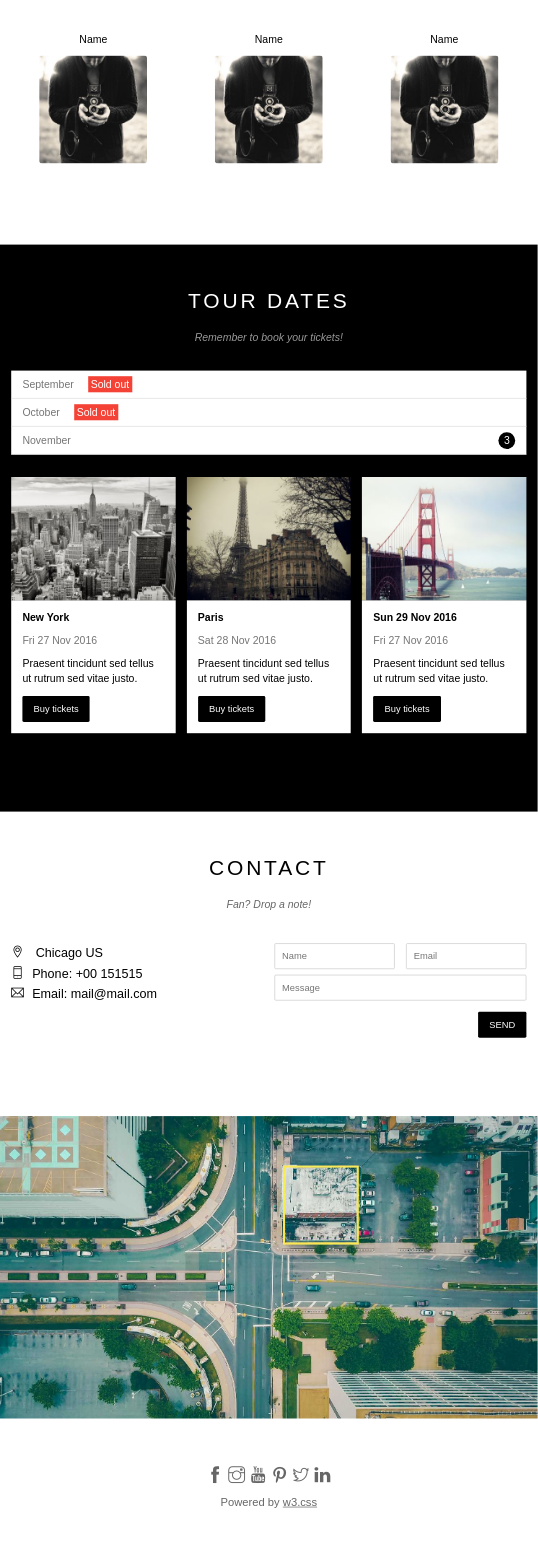
Repository: Phunobita/The-band-w3school
Page: index.html
These files come from the project's save history. The page is drawn as it stood at one moment and after the next save; the edit follows.
The browser window is 768 px wide. The pictures show the part of the page from y = 758 to 2998 px (the page is 2978 px tall before and 2998 px after), at 70% of full size.

Above is the page before, as saved 2021-12-04 20:43:41.

### index.html
<!DOCTYPE html>
<html lang="en">

<head>
    <meta charset="UTF-8">
    <meta http-equiv="X-UA-Compatible" content="IE=edge">
    <meta name="viewport" content="width=device-width, initial-scale=1.0">
    <title>The band</title>
    <link rel="stylesheet" href="./assets/fonts/themify-icons-font/themify-icons/themify-icons.css">
    <link rel="stylesheet" href="./assets/css/style.css">
    <link rel="stylesheet" href="./assets/css/responsive.css">
    <link rel="icon" href="/assets/img/hinh-anh-mua-thu-dep-nhat.jpg" type="image/x-icon" />
</head>

<body>
    <div id="main">
        <div id="header">
            <!--Begin nav-->
            <ul id="nav">
                <li><a href="#">Home</a></li>
                <li><a href="#band">Band</a></li>
                <li><a href="#tour">Tour</a></li>
                <li><a href="#contact">Contact</a></li>
                <li>
                    <a href="#">
                        More
                        <i class="nav-arrow-down ti-angle-down"></i>
                    </a>
                    <ul class="subnav">
                        <li><a href="#">Merchandise</a></li>
                        <li><a href="#">Extras</a></li>
                        <li><a href="#">Media</a></li>
                    </ul>
                </li>
            </ul>
            <!--End nav-->
            <div class="search-btn">
                <i class="search-icon ti-search"></i>
            </div>

            <div id="mobile-menu" class="mobile-menu-btn">
                <i class="menu-icon ti-menu-alt"></i>
            </div>
        </div>

        <div id="slider">
            <div class="text-content">
                <h2 class="heading">New York</h2>
                <div class="content">The atmosphere in New York is lorem ipsum</div>
            </div>
        </div>
        <!--About section-->
        <div id="content">
            <div id="band" class="content-section">
                <h2 class="section-heading">THE BAND</h2>
                <p class="section-sub-heading">We love music</p>
                <p class="about-text">We have created a fictional band website. Lorem ipsum dolor sit amet, consectetur
                    adipiscing elit, sed do eiusmod tempor incididunt ut labore et dolore magna aliqua. Ut enim ad minim
                    veniam, quis nostrud exercitation ullamco laboris nisi ut aliquip ex ea commodo consequat. Duis aute
                    irure dolor in reprehenderit in voluptate velit esse cillum dolore eu fugiat nulla pariatur.
                    Excepteur sint occaecat cupidatat non proident, sunt in culpa qui officia deserunt mollit anim id
                    est laborum consectetur adipiscing elit, sed do eiusmod tempor incididunt ut labore et dolore magna
                    aliqua. Ut enim ad minim veniam, quis nostrud exercitation ullamco laboris nisi ut aliquip ex ea
                    commodo consequat.</p>
                <div class=" row member-list">
                    <div class="col col-third s-full-width mt-32 text-center">
                        <p class="member-name">Name</p>
                        <img src="./assets/img/tv.jpg" alt="Name" class="member-img">
                    </div>
                    <div class="col col-third s-full-width mt-32 text-center">
                        <p class="member-name">Name</p>
                        <img src="./assets/img/tv.jpg" alt="Name" class="member-img">
                    </div>
                    <div class="col col-third s-full-width mt-32 text-center">
                        <p class="member-name">Name</p>
                        <img src="./assets/img/tv.jpg" alt="Name" class="member-img">
                    </div>
                </div>
            </div>

            <!--Tour section-->
            <div id="tour" class="tour__section">
                <div class="content-section">
                    <h2 class="section-heading text-white">TOUR DATES</h2>
                    <p class="section-sub-heading text-white">Remember to book your tickets!</p>

                    <ul class="ticket__list">
                        <li class="ticket__list-item">
                            September
                            <span class="sold-out">Sold out</span>
                        </li>
                        <li class="ticket__list-item">
                            October
                            <span class="sold-out">Sold out</span>
                        </li>
                        <li class="ticket__list-item">
                            November
                            <span class="quantity">3</span>
                        </li>
                    </ul>
                    <div class="row place__list">
                        <div class="mt-16 col col-third s-full-width">
                            <img src="./assets/img/newyork.jpg" alt="New York" class="place__img">
                            <div class="place-body">
                                <h3 class="place-heading">New York</h3>
                                <p class="place-time">Fri 27 Nov 2016</p>
                                <p class="place-description">Praesent tincidunt sed tellus ut rutrum sed vitae justo.
                                </p>
                                <button href="#" class="btn js-buy-ticket s-full-width">Buy tickets</button>
                            </div>
                        </div>
                        <div class="mt-16 col col-third s-full-width">
                            <img src="./assets/img/paris.jpg" alt="New York" class="place__img">
                            <div class="place-body">
                                <h3 class="place-heading">Paris</h3>
                                <p class="place-time">Sat 28 Nov 2016</p>
                                <p class="place-description">Praesent tincidunt sed tellus ut rutrum sed vitae justo.
                                </p>
                                <button href="#" class="btn js-buy-ticket s-full-width">Buy tickets</button>
                            </div>
                        </div>
                        <div class="mt-16 col col-third s-full-width">
                            <img src="./assets/img/sanfran.jpg" alt="New York" class="place__img">
                            <div class="place-body">
                                <h3 class="place-heading">Sun 29 Nov 2016</h3>
                                <p class="place-time">Fri 27 Nov 2016</p>
                                <p class="place-description">Praesent tincidunt sed tellus ut rutrum sed vitae justo.
                                </p>
                                <button href="#" class="btn js-buy-ticket s-full-width">Buy tickets</button>
                            </div>
                        </div>
                    </div>
                </div>
            </div>
            <!--Contact section-->
            <div id="contact" class="content-section">
                <h2 class="section-heading">CONTACT</h2>
                <p class="section-sub-heading">Fan? Drop a note!</p>

                <div class="row  contact-content">
                    <div class="col col-half s-full-width contact-info">
                        <p><i class="contact-icon ti-location-pin"></i> Chicago US</p>
                        <p><i class="contact-icon ti-mobile"></i>Phone: +00 151515</p>
                        <p><i class="contact-icon ti-email"></i>Email: mail@mail.com</p>
                    </div>
                    <div class="col col-half s-full-width contact-form">
                        <form action="">
                            <div class="row">
                                <div class="col col-half s-full-width">
                                    <input type="text" name="" required id="" class="form-control" placeholder="Name">
                                </div>
                                <div class="col col-half s-full-width s-mt-8 ">
                                    <input type="email" name="" required id="" class="form-control" placeholder="Email">
                                </div>
                            </div>
                            <div class="row mt-8">
                                <div class="col col-full">
                                    <input type="" name="" required id="" class="form-control" placeholder="Message">
                                </div>
                            </div>
                            <input class="btn pull-right mt-16 s-full-width" type="submit" value="SEND">
                        </form>
                    </div>
                </div>
            </div>

            <div class="map-section">
                <img src="/assets/img/map (1).jpg" alt="">

            </div>

            <div id="footer">
                <div class="social-list">
                    <a href=""><i class="ti-facebook"></i></a>
                    <a href=""><i class="ti-instagram"></i></a>
                    <a href=""><i class="ti-youtube"></i></a>
                    <a href=""><i class="ti-pinterest"></i></a>
                    <a href=""><i class="ti-twitter"></i></a>
                    <a href=""><i class="ti-linkedin"></i></a>
                </div>
                <p class="copyright">Powered by <a href="">w3.css</a></p>
            </div>
        </div>

        <div class="modal js-modal">
            <div class="modal-container js-modal-container">
                <div class="modal-close js-modal-close">
                    <i class="ti-close"></i>
                </div>

                <header class="modal-header">
                    <i class="modal-heading-icon ti-bag"></i>
                    Tickets
                </header>

                <div class="modal-body">
                    <label for="ticket-quantity" class="modal-label">
                        <i class="ti-shopping-cart"></i>
                        Tickets, $15 per person
                    </label>
                    <input id="ticket-quantity" type="text" class="modal-input" placeholder="How many?">

                    <label for="ticket-email" class="modal-label">
                        <i class="ti-user"></i>
                        Send To
                    </label>
                    <input id="ticket-email" type="email" class="modal-input" placeholder="Enter email">
                    <button id="buy-ticket">
                        Pay <i class="ti-check"></i>
                    </button>
                </div>
                <footer class="modal-footer">
                    <p class="modal-help">Need <a href="">help?</a></p>
                </footer>
            </div>
        </div>
    </div>

    <script>
        const buyBtns = document.querySelectorAll('.js-buy-ticket')
        const modal = document.querySelector('.js-modal')
        const modalContainer = document.querySelector('.js-modal-container')
        const modalClose = document.querySelector('.js-modal-close')

        function showBuyTickets() {
            modal.classList.add('open')
        }

        function hideBuyTickets() {
            modal.classList.remove('open')
        }

        for (const buyBtn of buyBtns) {
            buyBtn.addEventListener('click', showBuyTickets)
        }

        modalClose.addEventListener('click', hideBuyTickets)
        modal.addEventListener('click', hideBuyTickets)
        modalContainer.addEventListener('click', function (event) {
            event.stopPropagation()
        }
        )
    </script>

    <script>
        var header = document.getElementById('header');
        var mobileMenu = document.getElementById('mobile-menu');
        var headerHeight = header.clientHeight;

        mobileMenu.onclick = function () {
            var isClose = header.clientHeight === headerHeight;
            if (isClose) {
                header.style.height = 'auto';
            }
            else {
                header.style.height = null;
            }
        }

        //
        var menuItems = document.querySelectorAll('#nav li a[href*="#"]');
        for (var i = 0; i < menuItems.length; i++) {
            var menuItem = menuItems[i];
            var isParentMenu = menuItem.nextElementSibling && menuItem.nextElementSibling.classList.contains('subnav')

            menuItem.onclick = function (event) {
                var isParentMenu = this.nextElementSibling && this.nextElementSibling.classList.contains('subnav')
                if (!isParentMenu) {
                    header.style.height = null;
                }
                else {
                    event.preventDefault();
                }
            }
        }
    </script>
</body>

</html>

### assets/css/style.css
* {
  padding: 0;
  margin: 0;
  box-sizing: border-box;
}
html {
  scroll-behavior: smooth;
  font-family: Arial, Helvetica, sans-serif;
}
/*
1.vi tri
2. kich thuoc
3.Mau sac
4. Hinh dang
*/
.clear {
  clear: both;
}

.text-white {
  color: #fff !important;
}

.text-center {
  text-align: center !important;
}

.pull-right {
  float: right;
}
.row {
  margin-left: -8px;
  margin-right: -8px;
}
.row::after {
  content: "";
  display: block;
  clear: both;
}

.col {
  float: left;
  padding-left: 8px;
  padding-right: 8px;
}

.col-full {
  width: 100%;
}

.col-half {
  width: 50%;
}
.col-third {
  width: 33.3333%;
}

.mt-8 {
  margin-top: 8px !important;
}

.mt-16 {
  margin-top: 16px !important;
}

.mt-32 {
  margin-top: 32px;
}

.btn {
  display: inline-block;
  background-color: black;
  border: none;
  color: #fff;
  text-decoration: none;
  padding: 11px 16px;
  margin-top: 15px;
  border-radius: 2px;
  cursor: pointer;
}
.btn:hover {
  color: #000;
  background-color: #ccc;
}
#main {
}
#header {
  height: 46px;
  background-color: black;
  position: fixed;
  top: 0;
  left: 0;
  right: 0;
  z-index: 1;
}
#nav {
  display: inline-block;
}
#nav,
.subnav {
  list-style-type: none;
}
#nav > li > a {
  color: #fff;
  text-transform: uppercase;
}
#nav li a {
  text-decoration: none;
  line-height: 46px;
  padding: 0 24px;
  display: block;
}
#nav > li:hover > a,
#nav .subnav li:hover a {
  color: black;
  background-color: #ccc;
}
#nav li:hover .subnav {
  display: block;
}
#nav > li {
  display: inline-block;
  position: relative;
}
#nav .nav-arrow-down {
  font-size: 14px;
}
#nav .subnav {
  display: none;
  min-width: 160px;
  position: absolute;
  top: 100%;
  background-color: white;
  box-shadow: 0 0 10px rgba(0, 0, 0, 0.3);
}
#nav .subnav a {
  color: black;
  padding: 0 12px;
  line-height: 38px;
}

#header .mobile-menu-btn {
  position: absolute;
  top: 0;
  right: 0;
  display: none;
}

#header .mobile-menu-btn,
#header .search-btn {
  float: right;
  padding: 0 21px;
}
#header .search-btn:hover {
  background-color: #f44336;
  cursor: pointer;
}
#header .mobile-menu-btn:hover {
  background-color: #ccc;
}
#header .mobile-menu-btn:hover .menu-icon {
  color: #000;
}
.menu-icon,
#header .search-icon {
  color: #fff;
  font-size: 20px;
  line-height: 46px;
}
#header .search-btn:hover {
  background-color: #f44336;
}
#slider {
  margin-top: 46px;
  padding-top: 50%;
  position: relative;
  background: url("/assets/img/slider1.jpg") top center / cover no-repeat;
}

#slider .text-content {
  position: absolute;
  bottom: 47px;
  color: white;
  width: 100%;
  text-align: center;
}
#silder .heading {
  font-weight: 500px;
  font-size: 24px;
}
#slider .content {
  font-size: 15px;
  margin-top: 25px;
}
#content {
}
#content .content-section {
  padding: 64px 0 112px;
  width: 800px;
  max-width: 100%;
  margin-left: auto;
  margin-right: auto;
  padding-left: 16px;
  padding-right: 16px;
}
#content .section-heading {
  font-size: 30px;
  font-weight: 500;
  text-align: center;
  letter-spacing: 4px;
}
#content .section-sub-heading {
  font-size: 15px;
  text-align: center;
  margin-top: 25px;
  font-style: italic;
  opacity: 0.6;
}
#content .about-text {
  margin-top: 25px;
  text-align: justify;
  line-height: 1.4;
  font-size: 15px;
}

#content .member-list {
  margin-top: 32px;
}
#content .member-name {
  font-size: 15px;
  margin-bottom: 15px;
}
#content .member-img {
  width: 154px;
  border-radius: 4px;
}

/* Tour section */
.tour__section {
  background-color: #000;
}

.ticket__list {
  background-color: #fff;
  margin-top: 40px;
  list-style: none;
}
.ticket__list-item {
  color: #757575;
  font-size: 15px;
  padding: 11px 16px;
  border-bottom: 1px solid #ddd;
}
.ticket__list .sold-out {
  color: #fff;
  background-color: #f44336;
  padding: 3px 4px;
  margin-left: 16px;
}
.ticket__list .quantity {
  float: right;
  width: 24px;
  height: 24px;
  background-color: #000;
  color: #fff;
  border-radius: 50%;
  text-align: center;
  line-height: 24px;
  margin-top: -3px;
}

/*  Place body*/
.place__list {
  margin-top: 16px;
}

.place__img {
  width: 100%;
  display: block;
}
.place__img:hover {
  opacity: 0.7;
}
.place-body {
  background-color: #fff;
  padding: 16px;
  font-size: 15px;
}
.place-heading {
  font-size: 15px;
  font-weight: 600;
}
.place-time {
  margin-top: 15px;
  color: #757575;
}
.place-description {
  margin-top: 15px;
  line-height: 1.4;
}

/* Modal */
.modal {
  position: fixed;
  top: 0;
  left: 0;
  bottom: 0;
  right: 0;
  background-color: rgba(0, 0, 0, 0.4);
  align-items: center;
  justify-content: center;
  display: none;
}
.modal.open {
  display: flex;
}
.modal-container {
  background-color: #fff;
  width: 900px;
  max-width: calc(100% - 32px);
  min-height: 200px;
  position: relative;
  animation: modalFadeIn ease 0.5s;
}
.modal-header {
  background-color: #009688;
  height: 130px;
  display: flex;
  align-items: center;
  justify-content: center;
  font-size: 30px;
  color: #fff;
}
.modal-heading-icon {
  margin-right: 16px;
}
.modal-close {
  position: absolute;
  right: 0;
  top: 0;
  padding: 16px;
  cursor: pointer;
  color: #fff;
}
.modal-close:hover {
  background-color: #ccc;
}
.modal-body {
  padding: 16px;
}

.modal-label {
  display: block;
  font-size: 15px;
  margin-bottom: 12px;
}

.modal-input {
  border: 1px solid #ccc;
  font-size: 15px;
  width: 100%;
  padding: 10px;
  margin-bottom: 24px;
}
#buy-ticket {
  background-color: #009688;
  border: none;
  width: 100%;
  padding: 18px;
  font-size: 15px;
  color: #fff;
  text-transform: uppercase;
  font-weight: 700;
  cursor: pointer;
}
#buy-ticket:hover {
  opacity: 0.8;
}

.modal-footer {
  padding: 16px;
  text-align: right;
}
.modal-help a {
  color: #2196f3;
}

/* Contact form */
.contact-content {
  margin-top: 48px;
}

.contact-info {
  font-size: 18px;
  line-height: 1.6;
}

.contact-icon {
  display: inline-block;
  width: 30px;
}

.contact-form {
  font-size: 15px;
}

.contact-form .form-control {
  padding: 10px;
  border: 1px solid #ccc;
  width: 100%;
  outline: border 1px solid;
}
.contact-form input {
  border-radius: 2px;
}
/* map section */
.map-section img {
  width: 100%;
}

#footer {
  padding: 64px 16px;
  text-align: center;
}

#footer .social-list {
  font-size: 24px;
}
#footer .social-list a {
  color: rgba(0, 0, 0, 0.6);
  text-decoration: none;
}
#footer .copyright a:hover,
#footer .social-list a :hover {
  color: rgba(0, 0, 0, 0.4);
}

#footer .copyright {
  margin-top: 15px;
  color: rgba(0, 0, 0, 0.6);
}
#footer .copyright a {
  color: rgba(0, 0, 0, 0.6);
}
@keyframes modalFadeIn {
  from {
    opacity: 0;
    transform: translateY(-150px);
  }
  to {
    opacity: 1;
    transform: translateY(0);
  }
}

### assets/css/responsive.css
/* PC  */
@media (min-width: 1024px) {
}

/* Tablet */
@media (min-width: 740px) and (max-width: 1023px) {
}

/* Tablet and mobile */
@media (max-width: 1023px) {
}

/* mobile */
@media (max-width: 740px) {
  .s-full-width {
    width: 100%;
  }

  .s-mt-8 {
    margin-top: 8px;
  }
  #header {
    overflow: hidden;
  }
  #header .mobile-menu-btn {
    display: block;
  }
  #header .search-btn {
    display: none;
  }

  #nav > li {
    display: block;
  }
  #nav li a {
    padding: 2px 24px;
  }
  #nav {
    display: block;
  }
  #nav > li:first-child {
    display: inline-block;
  }

  #nav .subnav {
    position: initial;
    background-color: #333;
  }
  #nav .subnav a {
    color: #fff;
    padding: 5px 41px;
  }

  #content .member-img {
    width: 60%;
  }

  .contact-form {
    margin-top: 16px;
  }
}

Loaded but not shown: assets/fonts/themify-icons-font/themify-icons/themify-icons.css (common file)

After the next save:
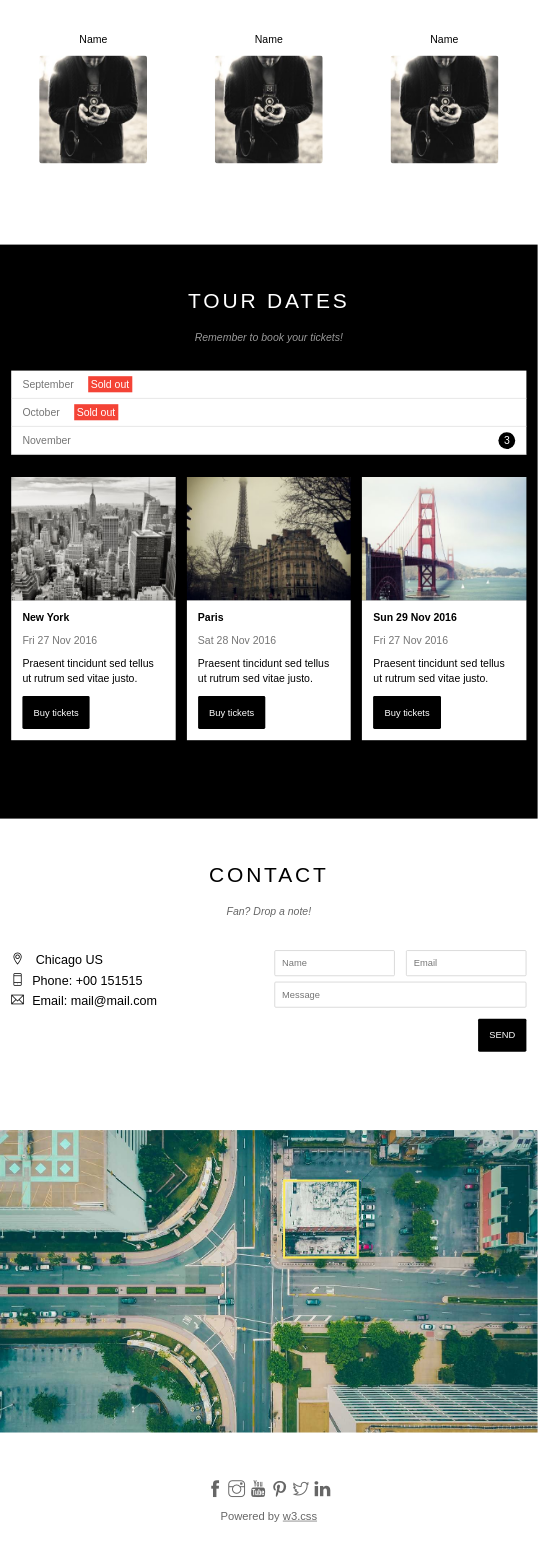
Saved 69 s later.
--- a/assets/css/responsive.css
+++ b/assets/css/responsive.css
@@ -8,6 +8,9 @@
 
 /* Tablet and mobile */
 @media (max-width: 1023px) {
+  .btn {
+    padding: 16px;
+  }
 }
 
 /* mobile */
